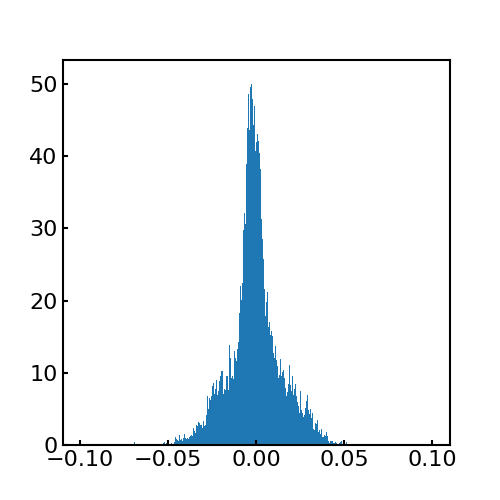
Repository: nishimuraHikar/PythonShowGraph
Script's output: python main.py
An editor plug-in stored every save of this project. The script's output is shown before and after the next save, followed by the edit.
Random numbers start from a fixed seed.

Above is the script's output before, as saved 2022-03-03 02:17:28.

### main.py
from time import time
import graph
import numpy as np

datafile = 'predict.csv'

timedata = graph.ReadColumn(datafile,0)
forcedatax = graph.ReadColumn(datafile, 1)
predictdatax = graph.ReadColumn(datafile, 2)
forcedatay = graph.ReadColumn(datafile, 3)
predictdatay = graph.ReadColumn(datafile, 4)

# graph.graph_1data(timedata, rawdata, "Raw Data")
# graph.graph_2data(timedata, rawdata, predictdata, "Raw Data", "Predict Data")
# graph.multiplot_2and1(timedata, forcedatax, predictdatax, forcedatay,predictdatay, "Actual X", "Predict X", "Actual Y", "Predict Y")
graph.histgram(forcedatax-predictdatax, 500, 100)

### graph.py
import numpy as np
import matplotlib.pyplot as plt
import pandas as pd
from scipy.stats import norm

def ReadColumn(csv, line_num): #csvと列番号を指定
    #csvからndarray型に変換
    csvdata = pd.read_csv(csv, header=0, usecols=[line_num])
    # csvから読んだデータをnumpyの行列に入れる
    array = csvdata.values
    return array

# グラフ表示
# 1つのグラフ
def graph_1data(x_data, y_data, labelname):
    plt.rcParams['font.family'] = 'Times New Roman'
    plt.rcParams["xtick.direction"] = "in"
    plt.rcParams["ytick.direction"] = "in"
    plt.rcParams["xtick.major.width"] = 1.5
    plt.rcParams["ytick.major.width"] = 1.5
    plt.rcParams["font.size"] = 14
    plt.rcParams["axes.linewidth"] = 1.5

    plt.plot(x_data, y_data, c="darkorange", label=labelname)
    np.linspace(min(x_data), max(x_data), 100)
    # plt.ylim(-1.55, 1.55)
    # plt.ylim(min(y_data), max(y_data))
    plt.xlabel("Time[sec]", fontname = 'Times New Roman')
    plt.ylabel("Force[N]", fontname = 'Times New Roman')
    plt.legend()
    # plt.savefig('NNresult.png') #PNGファイル生成
    plt.show()


# 2つのグラフ
def graph_2data(x_data, y1_data, y2_data, labelname1, labelname2):
    plt.rcParams['font.family'] = 'Times New Roman'
    plt.rcParams["xtick.direction"] = "in"
    plt.rcParams["ytick.direction"] = "in"
    plt.rcParams["xtick.major.width"] = 1.5
    plt.rcParams["ytick.major.width"] = 1.5
    plt.rcParams["font.size"] = 14
    plt.rcParams["axes.linewidth"] = 1.5

    plt.plot(x_data, y1_data, c="darkorange", label=labelname1)
    plt.plot(x_data, y2_data, c="blue", label=labelname2)
    np.linspace(min(x_data), max(x_data), 100)
    # plt.ylim(-0.01, 0.01)
    # plt.ylim(min(y_data), max(y_data))
    plt.xlabel("Time[sec]", fontname = 'Times New Roman')
    plt.ylabel("Force[N]", fontname = 'Times New Roman')
    plt.legend()
# <<<<<<< HEAD
#     plt.savefig('NNresult.png') #PNGファイル生成
#     plt.show()

# マルチプロット2行1列
def multiplot_2and1(x_data, y_data1a, y_data1b, y_data2a, y_data2b, labelname1, labelname2, labelname3, labelname4):
    plt.rcParams['font.family'] = 'Times New Roman'
    plt.rcParams["xtick.direction"] = "in"
    plt.rcParams["ytick.direction"] = "in"
    plt.rcParams["xtick.major.width"] = 1.5
    plt.rcParams["ytick.major.width"] = 1.5
    plt.rcParams["font.size"] = 16
    plt.rcParams["axes.linewidth"] = 1.5

    plt.figure(figsize=[9, 7])
    # ax1 = fig.add_subplot(2, 1, 1)
    # ax2 = fig.add_subplot(2, 1, 2)

    plt.subplot(211)
    plt.plot(x_data, y_data1a, c="darkorange", label=labelname1)
    plt.plot(x_data, y_data1b, c="blue", label=labelname2)
    plt.ylabel("Force[N]", fontname = 'Times New Roman')
    plt.xlim(0, 60)
    plt.ylim(-0.1, 0.2)
    plt.axvspan(40, 60, color="gray", alpha=0.3)
    plt.legend(loc = 'upper left')

    plt.subplot(212)
    plt.plot(x_data, y_data2a, c="darkorange", label=labelname3)
    plt.plot(x_data, y_data2b, c="blue", label=labelname4)
    plt.ylabel("Force[N]", fontname = 'Times New Roman')
    plt.xlim(0, 60)
    plt.ylim(-0.1, 0.2)

    np.linspace(min(x_data), max(x_data), 100)
    plt.xlabel("Time[sec]", fontname = 'Times New Roman')
    plt.axvspan(40, 60, color="gray", alpha=0.3)
    plt.legend(loc = 'upper left')

    plt.tight_layout()
    plt.savefig("result.pdf")
    plt.show()

# ヒストグラム
def histgram(data, binsnum, scale):
    plt.rcParams['font.family'] = 'Times New Roman'
    plt.rcParams["xtick.direction"] = "in"
    plt.rcParams["ytick.direction"] = "in"
    plt.rcParams["xtick.major.width"] = 1.5
    plt.rcParams["ytick.major.width"] = 1.5
    plt.rcParams["font.size"] = 16
    plt.rcParams["axes.linewidth"] = 1.5
    fig = plt.figure(figsize = [5,5])
    ax = fig.add_subplot(111)
    ax.hist(data, bins = binsnum, density = True)
    X = np.linspace(-0.1, 0.1, 100)
    Y = norm.pdf(X, loc=0, scale=scale)
    ax.plot(X, Y, c="orange")
    plt.show()

Loaded but not shown: predict.csv (59902 lines, source omitted)

After the next save:
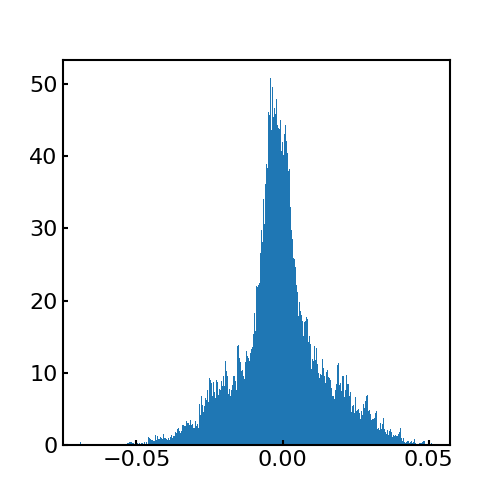
Saved 63 s later.
--- a/graph.py
+++ b/graph.py
@@ -107,5 +107,5 @@
     ax.hist(data, bins = binsnum, density = True)
     X = np.linspace(-0.1, 0.1, 100)
     Y = norm.pdf(X, loc=0, scale=scale)
-    ax.plot(X, Y, c="orange")
+    # ax.plot(X, Y, c="orange")
     plt.show()

After the save that followed:
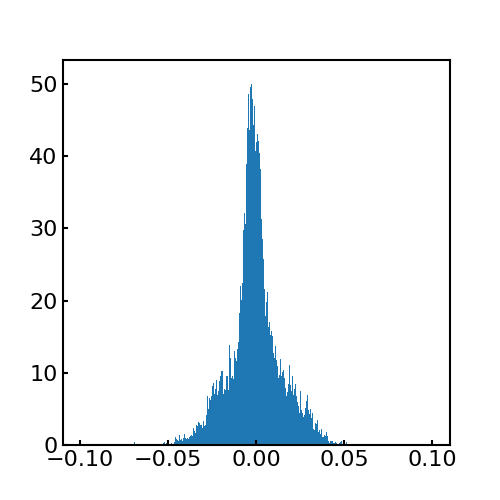
Saved 2 min 45 s later.
--- a/graph.py
+++ b/graph.py
@@ -107,5 +107,5 @@
     ax.hist(data, bins = binsnum, density = True)
     X = np.linspace(-0.1, 0.1, 100)
     Y = norm.pdf(X, loc=0, scale=scale)
-    # ax.plot(X, Y, c="orange")
+    ax.plot(X, Y, c="orange")
     plt.show()
